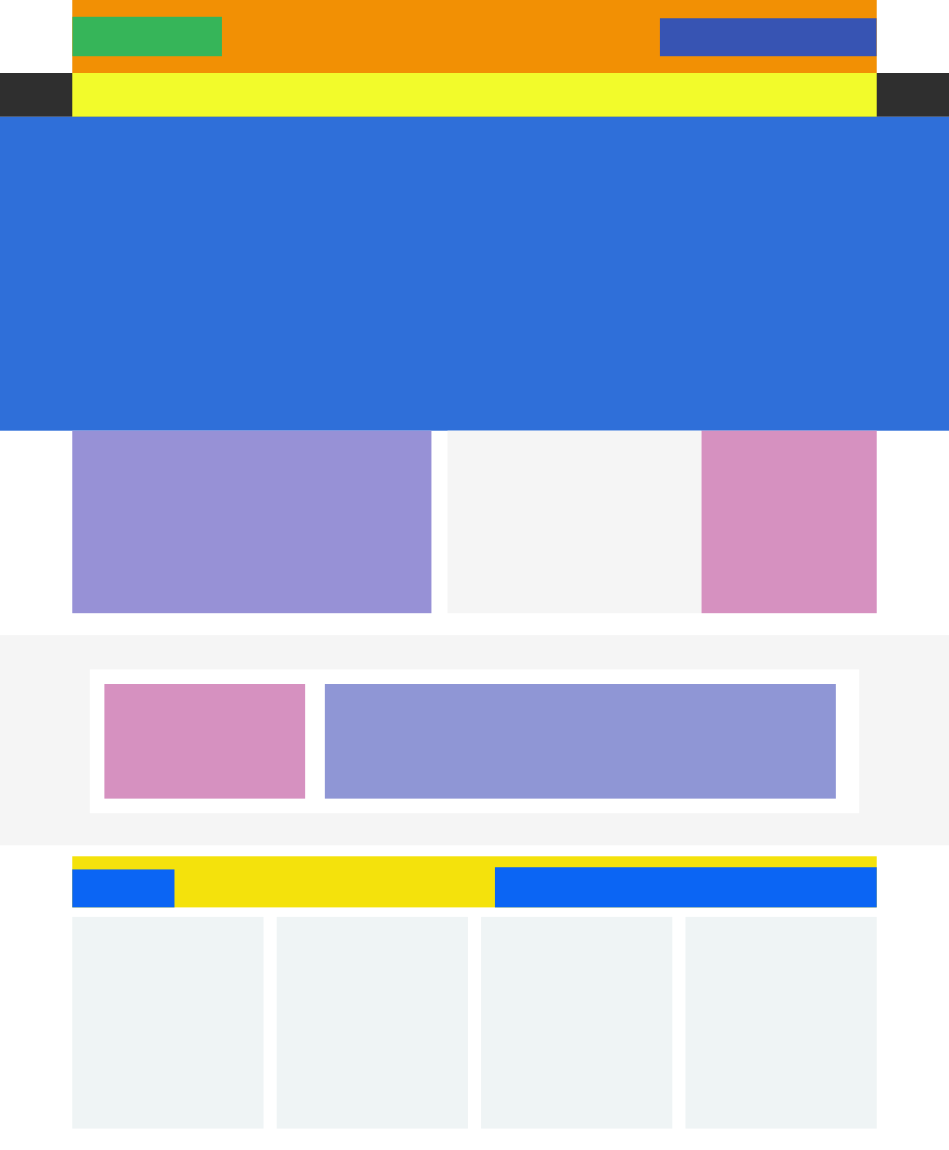
Repository: A1LExX/H5_study_set
Page: day04/扣丁.html
An editor plug-in stored every save of this project. The page is shown before and after the next save, followed by the edit.
The browser window is 1280 px wide. The page is 1300 px wide, so the pictures cover 1300 px, including what lies to the right of the window. The pictures show the whole page, at 73% of full size.

Above is the page before, as saved 2021-06-24 22:35:42.

### day04/扣丁.html
<!--
@author [Alex Wei]
@email [w2262196@outlook.com]
@create date 2021-06-24 19:47:26
@modify date 2021-06-24 22:34:59
@desc [description]
-->
<!DOCTYPE html>
<html lang="en">

<head>
    <meta charset="UTF-8">
    <meta http-equiv="X-UA-Compatible" content="IE=edge">
    <meta name="viewport" content="width=device-width, initial-scale=1.0">
    <title>扣丁学堂</title>
    <link rel="stylesheet" href="./css/codingke.css">
</head>

<body>
    <div class="header">
        <div class="insideHeader">
            <div class="leftBox"></div>
            <div class="rightBox"></div>
        </div>
    </div>
    <div class="con1">
        <div class="out1"></div>
    </div>
    <div class="con2"></div>
    <div class="con3">
        <div class="out2">
            <div class="con3Box1"></div>
            <div class="con3Box2"></div>
            <div class="con3Box3"></div>
        </div>
    </div>
    <div class="con4">
        <div class="out3">
            <div class="con4Box1"></div>
            <div class="con4Box2"></div>
        </div>
    </div>
    <div class="con5">
        <div out="out4">
            <div class="out4_1">
                <div class="out4_1Box1"></div>
                <div class="out4_1Box2"></div>
            </div>
            <div class="out4_2">
                <div class="out4_2Box1"></div>
                <div class="out4_2Box2"></div>
                <div class="out4_2Box3"></div>
                <div class="out4_2Box4"></div>
            </div>
        </div>
    </div>
    <div class="con6"></div>
</body>

</html>

### day04/css/codingke.css
/**
 * @author [Alex Wei]
 * @email [w2262196@outlook.com]
 * @create date 2021-06-24 13:00:50
 * @modify date 2021-06-24 22:35:42
 * @desc [description]
 */
*{
    padding: 0;
    margin: 0;
}
.header{
    width: 1300px;
    height: 100px;
}
.insideHeader{
    width: 1102px;
    height: 100px;
    background: #f29004;
    overflow: hidden;
    margin: 0 auto;
}
.leftBox{
    width: 205px;
    height: 54px;
    background: #36b559;
    float: left;
    margin-top: 23px;
}
.rightBox{
    width: 297px;
    height: 52px;
    background: #3754b3;
    float: right;
    margin-top: 25px;
}
.con1{
    width: 1300px;
    height: 60px;
    background: #2f2f2f;
}
.out1{
    width: 1102px;
    height: 60px;
    background: #f2fb2b;
    margin: 0 auto;
}
.con2{
    width: 1300px;
    height: 430px;
    background: #2f6fd9;
}
.con3{
    width: 1300px;
    height: 250px;
    padding-bottom: 30px;
}
.out2{
    width: 1102px;
    height: 250px;
    margin: 0 auto;
}
.con3Box1{
    width: 492px;
    height: 250px;
    background: #9791d6;
    float: left;
    margin-right: 22px;
}
.con3Box2{
    width: 348px;
    height: 250px;
    float: left;
    background: #f5f5f5;
}
.con3Box3{
    width: 240px;
    height: 250px;
    float: left;
    background: #d691c0;
}
.con4{
    width: 1300px;
    height: 288px;
    background: #f5f5f5;
    overflow: hidden;
}
.out3{
    width: 1002px;
    height: 157px;
    background: #ffffff;
    margin: 0 auto;
    padding-top: 20px;
    padding-right:32px;
    padding-left: 20px;
    padding-bottom: 20px;
    margin-top: 47px;
    margin-bottom: 45px;
}
.con4Box1{
    width: 275px;
    height: 157px;
    background: #d691c0;
    float: left;
    margin-right: 27px;

}
.con4Box2{
    width: 700px;
    height: 157px;
    background: #8f96d5;
    float: left;
}
.con5{
    width: 1300px;
    height: 373px;
    overflow: hidden;
    padding-top: 15px;
    padding-bottom: 30px;
}
.out4{
    width: 1102px;
    height: 373px;
}
.out4_1{
    width: 1102px;
    height: 70px;
    background: #f4e20c;
    margin: 0 auto;
    margin-bottom: 13px;
}
.out4_2{
    width: 1102px;
    height: 290px;
    margin: 0 auto;
}
.out4_1Box1{
    width: 140px;
    height: 52px;
    float: left;
    background: #0b65f4;
    margin-top: 18px;
}
.out4_1Box2{
    width: 523px;
    height: 55px;
    float: right;
    background: #0b65f4;
    margin-top: 15px;
}
.out4_2Box1{
    width: 262px;
    height: 290px;
    float: left;
    background: #eff4f5;
    margin-right: 18px;
}
.out4_2Box2{
    width: 262px;
    height: 290px;
    float: left;
    background: #eff4f5;
    margin-right: 18px;
}
.out4_2Box3{
    width: 262px;
    height: 290px;
    float: left;
    background: #eff4f5;
    margin-right: 18px;
}
.out4_2Box4{
    width: 262px;
    height: 290px;
    float: left;
    background: #eff4f5;
}
.con6{
    width: 1300px;
    background: #101c23;
}

After the next save:
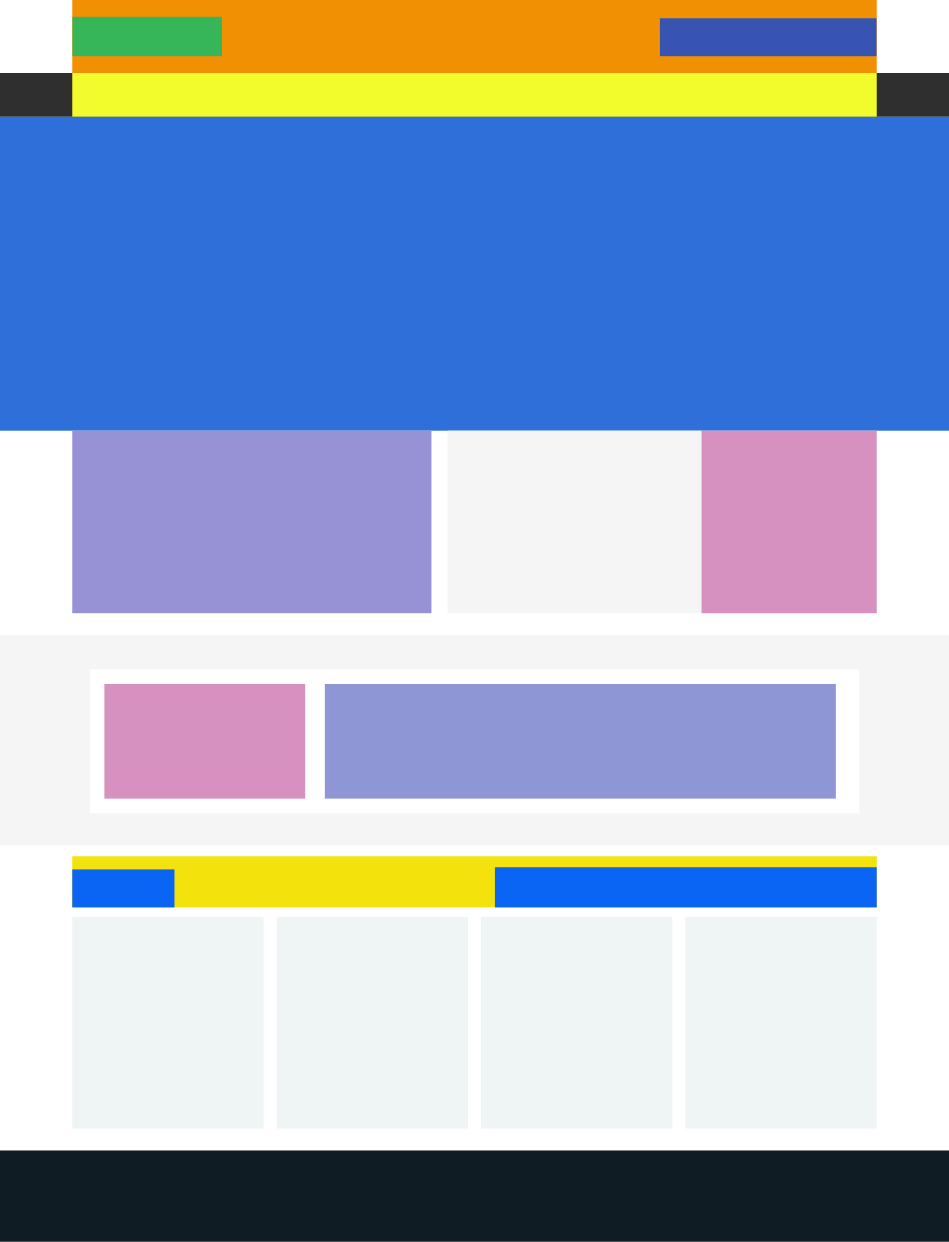
Saved 20 s later.
--- a/day04/css/codingke.css
+++ b/day04/css/codingke.css
@@ -2,7 +2,7 @@
  * @author [Alex Wei]
  * @email [w2262196@outlook.com]
  * @create date 2021-06-24 13:00:50
- * @modify date 2021-06-24 22:35:42
+ * @modify date 2021-06-24 22:36:02
  * @desc [description]
  */
 *{
@@ -177,5 +177,6 @@
 }
 .con6{
     width: 1300px;
+    height: 125px;
     background: #101c23;
 }
